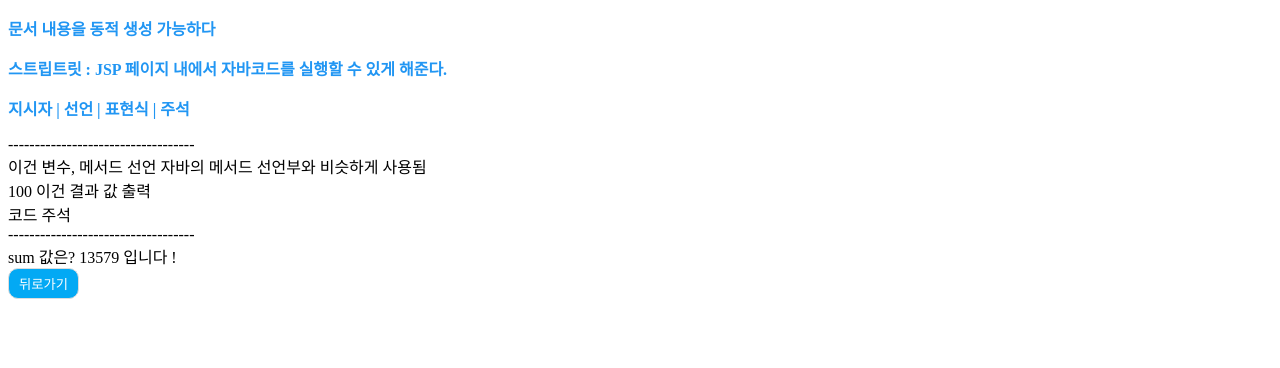
Repository: hyejux/JSP_STUDY
Page: http://localhost/JSPPractice2/JSP_ex1.jsp
An editor plug-in stored every save of this project. The page is shown before and after a run of saves, followed by the edit.
The browser window is 1280 px wide. The pictures show the whole page.
The page is served by Tomcat 9.

Above is the page before, as saved 2025-01-07 14:50:25.

After the next 2 saves:
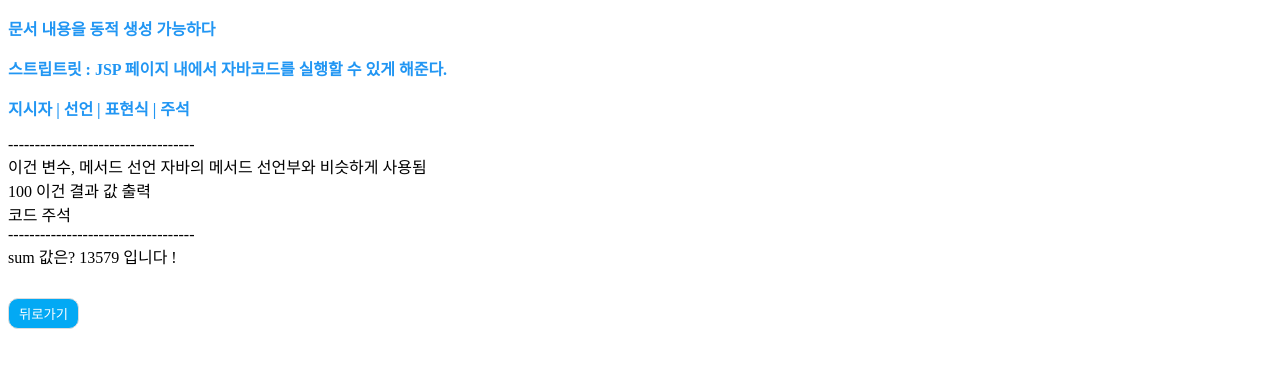
The 2 saves are shown as one change because they came seconds apart.
The last was saved 10 s later.
--- a/JSPPractice2/src/main/webapp/css/style.css
+++ b/JSPPractice2/src/main/webapp/css/style.css
@@ -9,4 +9,5 @@ button {
     border-radius: 10px;
     padding: 5px 10px;
     background: #03A9F4;
+    margin-top: 30px;
 }
